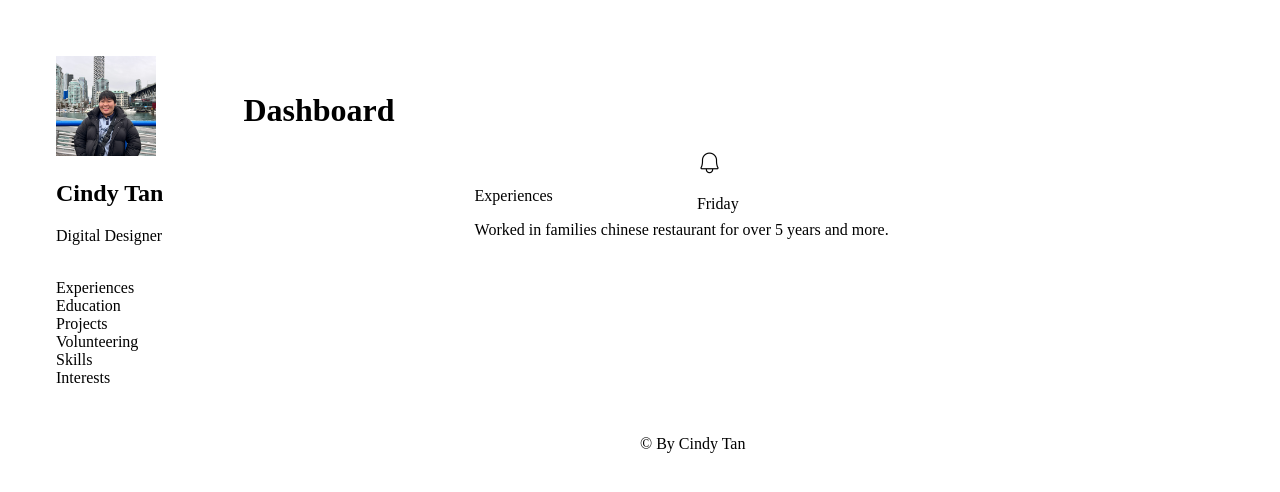
Repository: Cindy-tan/Assessment-_1
Page: /
These files come from the project's save history. The page is drawn as it stood at one moment and after a run of saves; the edit follows.
The browser window is 1280 px wide. The pictures show the whole page.
The project was rebuilt for these pictures with package versions that can differ from the ones it lists, and the page was loaded fresh each time. The framework's server and built-in components were replaced by stand-ins that run in the browser. Also part of the build but not shown: next.config.js, components/Card/Card.module.css, components/SideNavigation/SideNavigation.module.css.

Above is the page before, as saved 2024-01-18 23:57:41.

### pages/index.js
import Head from 'next/head'
import styles from '@/styles/Home.module.css'
import Header from '@/components/Header'
import Card from '@/components/Card'
import Footer from '@/components/Footer'
import MenuItem from '@/components/MenuItem'
import SideNavigation from '@/components/SideNavigation'



export default function Home() {

  return (
    <>
      <Head>
        <title>Assessment 1</title>
        <meta name="description" content="Generated by create next app" />
        <meta name="viewport" content="width=device-width, initial-scale=1" />
        <link rel="icon" href="/favicon.ico" />
      </Head>

      <main className={`${styles.main}`}>

        <div>
        <SideNavigation/>
        </div>

        <div className={`${styles.header}`}>
        <Header/>
        </div>

        <div className={`${styles.card}`}>
          <Card title='Experiences' description='Worked in families chinese restaurant for over 5 years and more.'/>
        </div>









      </main>
      <Footer/>
    </>
  )
}

### styles/globals.css
:root {
  --black: #000;
  --white: #fff;
  --blue: rgba(12, 72, 156, 1.0);

  --large-font: 20px;
  --medium-font: 17px;
  --small-font: 14px;

  --violet-red: rgb(219, 112, 147);
  --amaranth: rgb(159, 43, 104);
  --cerise: rgb(222, 49, 99);
  --steel-blue: rgb(40, 189, 218);
  --teal: rgb(20, 151, 176);
  --yellow: rgb(12, 97, 119);
}

### styles/Home.module.css
.main {
  display: flex;
  flex-direction: row;
  align-items: center;
  padding: 3rem;
  min-height: 20vh;
}

.header{
  align-items: center;
  border-radius: 50px;
  padding: 7px 80px 150px;
}

### components/Header/index.js
import styles from "./Header.module.css"
import Image from "next/image"

export default function Header() {
    return (
        <>
            <header>
                <h1>Dashboard</h1>
                <div className={`${styles.icon}`}>
                <Image src="/images/bell.png" alt="bell" width={25} height={25}/>
                <p>Friday</p>
                </div>
            </header>
        </>
    )
}

### components/Card/index.js
import styles from "./Card.module.css"

export default function Card({
    title="default",
    description="default",
    bgColor,
    borderColor
})
{
    return (
        <>
            <div className={styles.card} style={{backgroundColor: bgColor, border:borderColor}}>
                {title}
                <p>{description}</p>
            </div>
        </>
    )
}

### components/Footer/index.js
import styles from "./Footer.module.css"

export default function Footer() {
    return(
        <>
            <footer className={styles.footer}>
               © By Cindy Tan
            </footer>
        </>
    )
}

### components/MenuItem/index.js
import styles from "./MenuItem.module.css"

export default function MenuItem({
    title = "",
    bgColor,
    textColor,
    tabLeft
})

{
    return (
        <>
            <div className={styles.menuItem} style={{backgroundColor: bgColor, color:textColor}}>
                {title}
            </div>
        </>
    )
}

### components/SideNavigation/index.js
import MenuItem from "../MenuItem"
import styles from "./SideNavigation.module.css"
import Image from "next/image"

export default function SideNavigation() {
    return (
        <>
            <div>
                <Image src="/images/profile.JPG" alt="profile" width={100} height={100}/>
                <h2>Cindy Tan</h2>
                <p>Digital Designer</p>
                <br/>
                <MenuItem title="Experiences"/>
                <MenuItem title="Education"/>
                <MenuItem title="Projects"/>
                <MenuItem title="Volunteering"/>
                <MenuItem title="Skills"/>
                <MenuItem title="Interests"/>

            </div>
        </>
    )
}

### components/Header/Header.module.css
.icon {
    margin-left: 300%;
}

### components/Footer/Footer.module.css
.footer {
    align-items: center;
    padding-left: 50%;
}

### components/MenuItem/MenuItem.module.css
.menuItem:hover {
    background-color: var(--blue);
    color: var(--white);
}

Loaded but not shown: pages/_app.js (common file); pages/_document.js (common file); components/Card/Card.module.css (no copy from this time; the picture is the same without it)

After the next 2 saves:
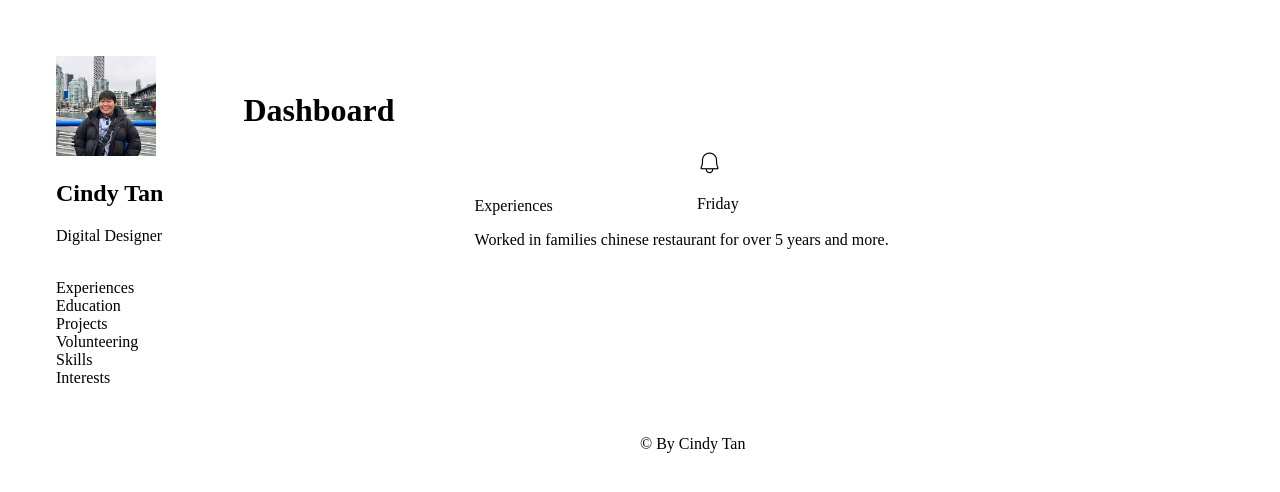
The 2 saves are shown as one change because they came seconds apart.
The last was saved 10 s later.
--- a/components/Card/index.js
+++ b/components/Card/index.js
@@ -10,7 +10,7 @@ export default function Card({
     return (
         <>
             <div className={styles.card} style={{backgroundColor: bgColor, border:borderColor}}>
-                {title}
+                <h3></h3>{title}
                 <p>{description}</p>
             </div>
         </>
